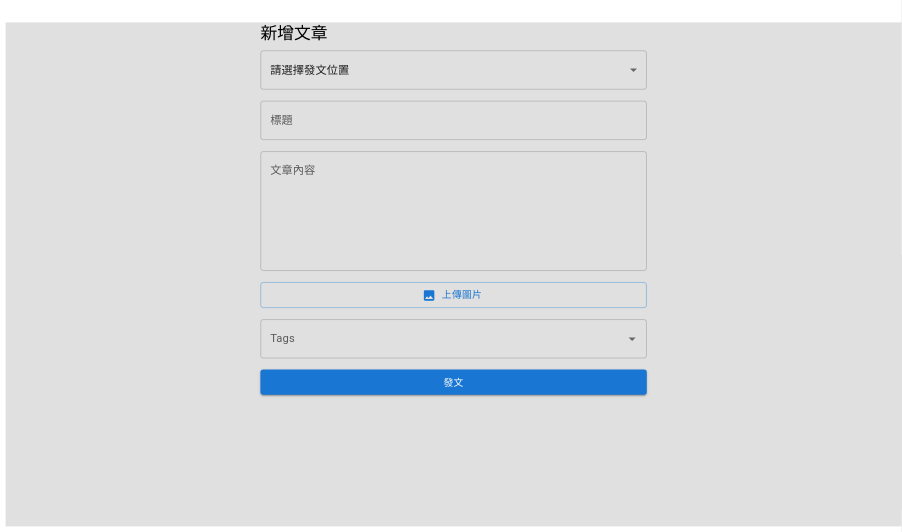
Repository: Angelaliii/SA
Page: /publish (app in next/)
These files come from the project's save history. The page is drawn as it stood at one moment and after a run of saves; the edit follows.
The browser window is 1280 px wide. The page is 1288 px wide, then 1280 px, so the pictures cover 1288 px, including what lies to the right of the window. The pictures show the part of the page from y = 0 to 1880 px (the page is 760 px tall before and 7240 px after), at 70% of full size.
The project was rebuilt for these pictures with package versions that can differ from the ones it lists, and the page was loaded fresh each time. The framework's server and built-in components were replaced by stand-ins that run in the browser.

Above is the page before, as saved 2025-03-24 17:30:03.

### next/app/publish/page.tsx
'use client';
import React, { useState } from 'react';
import {
  Container,Box, TextField, Select, MenuItem, Autocomplete, Button,
  Typography, Stack
} from '@mui/material';
import ImageIcon from '@mui/icons-material/Image';

const postLocations = ['版塊1', '版塊2', '版塊3'];
const tagOptions = ['教學', '求助', '公告'];

export default function PublishPage() {
  const [location, setLocation] = useState('');
  const [title, setTitle] = useState('');
  const [content, setContent] = useState('');
  const [tags, setTags] = useState<string[]>([]);
  const [imageFile, setImageFile] = useState<File | null>(null);

  const handleImageUpload = (e: React.ChangeEvent<HTMLInputElement>) => {
    if (e.target.files && e.target.files[0]) {
      setImageFile(e.target.files[0]);
    }
  };

  return (
    <Box  sx={{ width: '100vw', height: '100vh', bgcolor: 'grey.300' }}>
      <Container maxWidth="sm" sx={{ mt: 4 }}>
        <Typography variant="h5" gutterBottom>新增文章</Typography>
        <Stack spacing={2}>
          <Select
            fullWidth
            value={location}
            onChange={(e) => setLocation(e.target.value)}
            displayEmpty
          >
            <MenuItem value="" disabled hidden>請選擇發文位置</MenuItem>
            {postLocations.map((loc, idx) => (
              <MenuItem key={idx} value={loc}>{loc}</MenuItem>
            ))}
          </Select>

          <TextField fullWidth label="標題" value={title} onChange={(e) => setTitle(e.target.value)} />

          <TextField
            fullWidth
            label="文章內容"
            multiline
            rows={6}
            value={content}
            onChange={(e) => setContent(e.target.value)}
            placeholder="請輸入文章內容"
          />

          <Button
            component="label"
            variant="outlined"
            startIcon={<ImageIcon />}
          >
            上傳圖片
            <input type="file" hidden onChange={handleImageUpload} />
          </Button>
          {imageFile && <Typography variant="body2">已選擇：{imageFile.name}</Typography>}

          <Autocomplete
            multiple
            options={tagOptions}
            value={tags}
            onChange={(_, newValue) => setTags(newValue)}
            renderInput={(params) => <TextField {...params} label="Tags" />}
          />

          <Stack direction="row">
            <Button variant="contained" color="primary" fullWidth>
              發文
            </Button>
          </Stack>
        </Stack>
      </Container>
    </Box>
  );
}

After the next 4 saves:
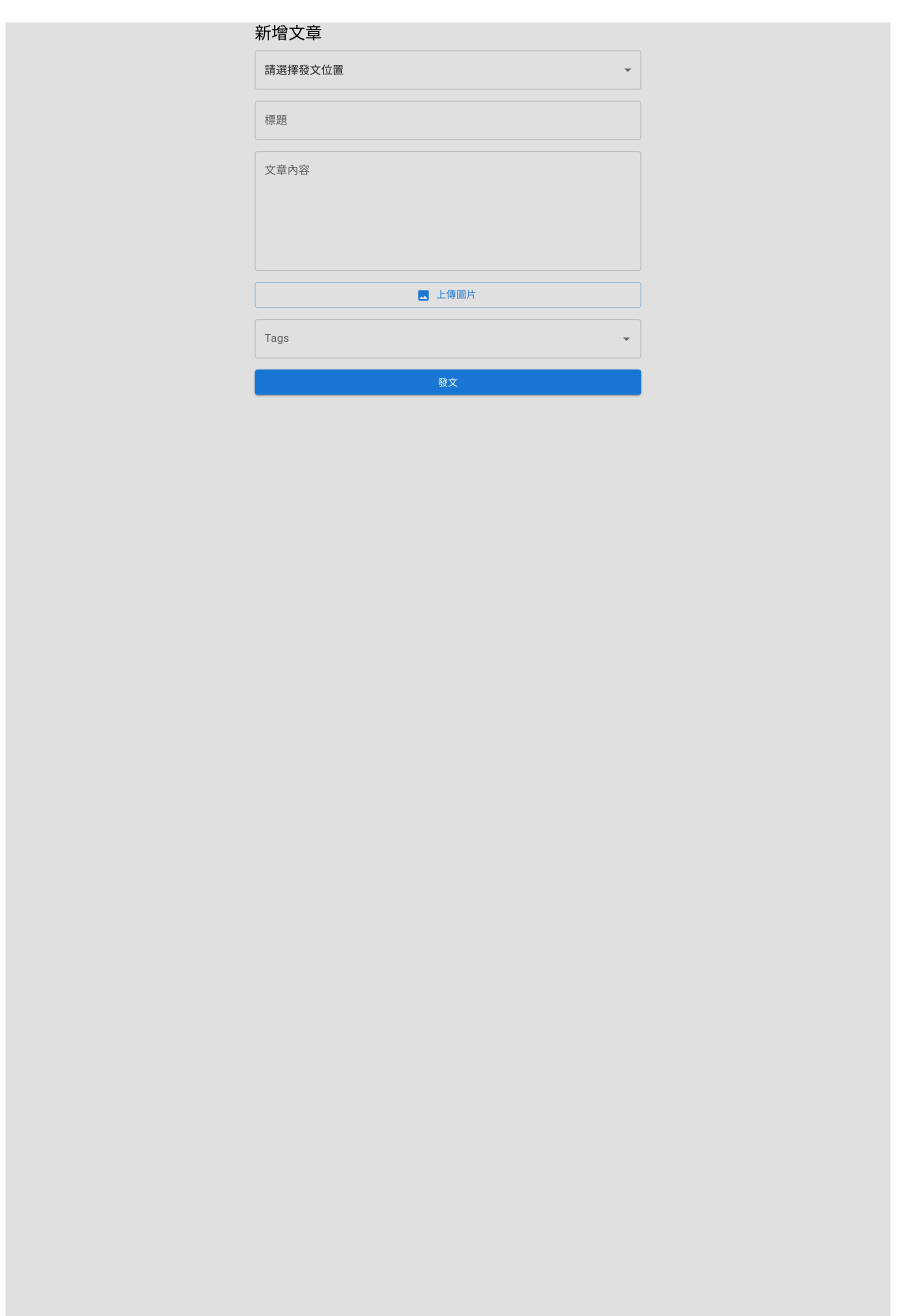
The 4 saves are shown as one change because they came seconds apart.
The last was saved 8 s later.
--- a/next/app/publish/page.tsx
+++ b/next/app/publish/page.tsx
@@ -23,7 +23,7 @@ export default function PublishPage() {
   };
 
   return (
-    <Box  sx={{ width: '100vw', height: '100vh', bgcolor: 'grey.300' }}>
+    <Box  sx={{ height: '1000vh', bgcolor: 'grey.300' }}>
       <Container maxWidth="sm" sx={{ mt: 4 }}>
         <Typography variant="h5" gutterBottom>新增文章</Typography>
         <Stack spacing={2}>
